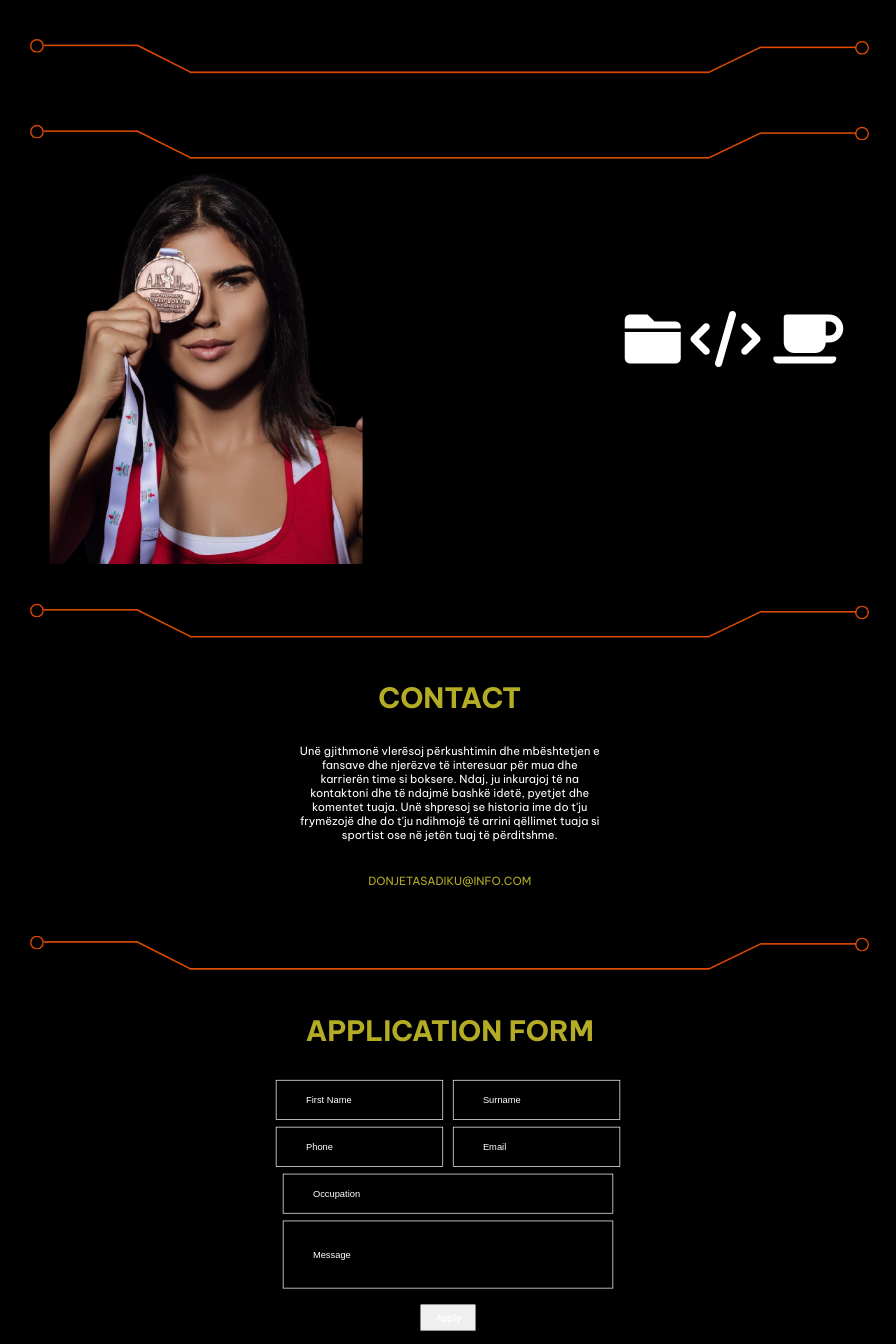
Repository: milot-morina/ds-boxing
Page: DS-Portfolio/index.html
The author's editor kept a copy of each file at every save. The page is drawn from the files as they stood at one save, then again after the next save.
The browser window is 1280 px wide. The pictures show the part of the page from y = 2594 to 4514 px (the page is 4778 px tall before and 4918 px after), at 70% of full size.
A picture or video elsewhere on the page could not be fetched, so the positions and the page height are approximate.

Above is the page before, as saved 2023-03-21 11:38:53.

After the next save:
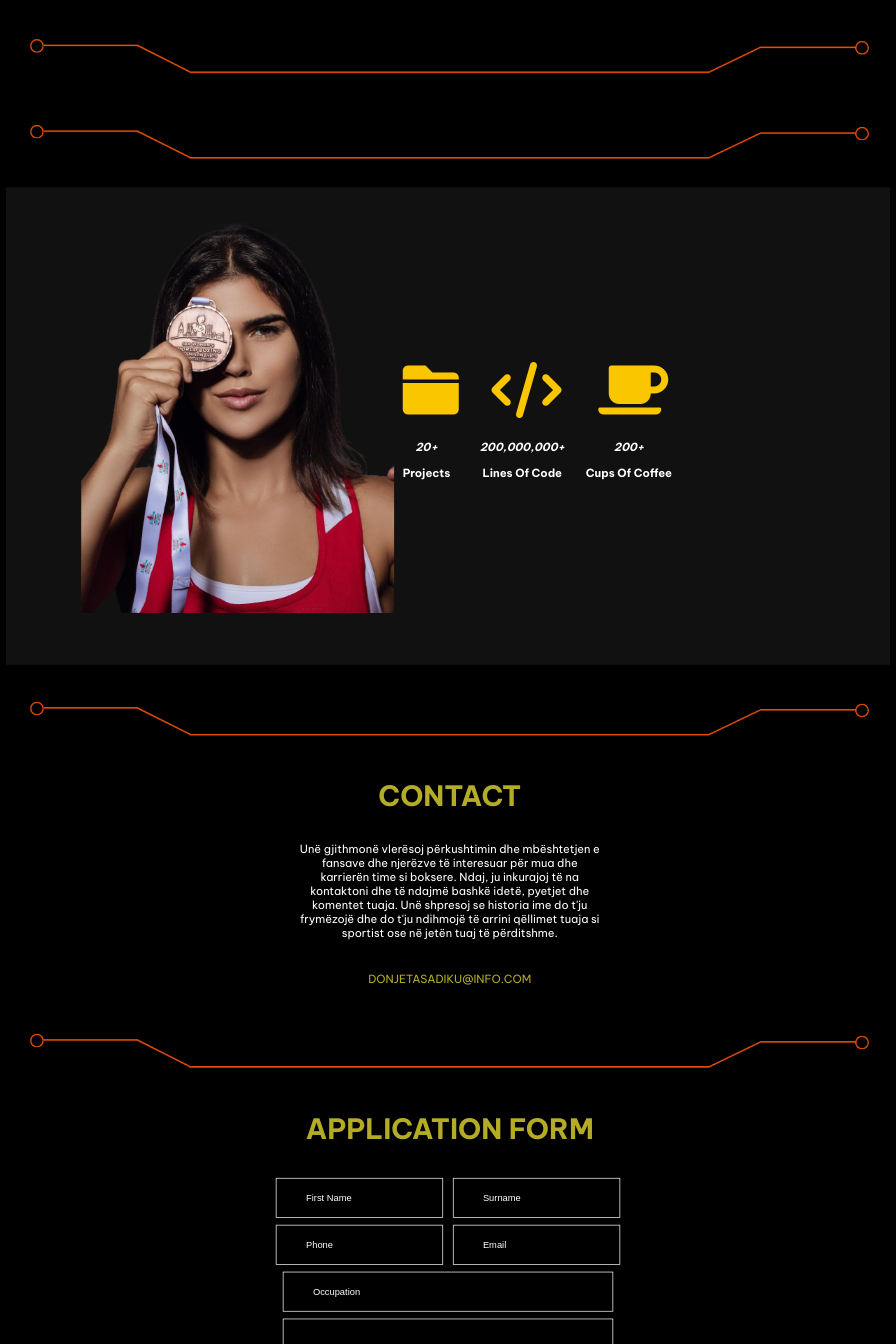
Saved 9 s later.
--- a/DS-Portfolio/style.css
+++ b/DS-Portfolio/style.css
@@ -7,7 +7,7 @@
 body {
   text-align: center;
   overflow-x: hidden;
-  font-family: 'Be Vietnam Pro', sans-serif !important;
+  font-family: 'Be Vietnam Pro', sans-serif;
   background-color: black !important;
 }
 
@@ -21,7 +21,106 @@
 /* #Fun Facts
 ================================================================================= */
 
-
+.animated-image {
+  opacity: 0;
+  transform: translateX(-100%);
+  transition: opacity 1s ease-in-out, transform 1s ease-in-out;
+}
+
+.animated-icon {
+  opacity: 0;
+  transform: translateY(100%);
+  transition: opacity 1s ease-in-out, transform 1s ease-in-out;
+}
+
+.animated-number {
+  font-style: italic;
+  font-size: 32px;
+  margin-top: 20px;
+  opacity: 0;
+  transition: opacity 1s ease-in-out;
+}
+
+.fun-facts {
+  background: #111;
+  padding: 50px;
+  margin-top: 20px;
+  color: #fff;
+}
+
+.fun-facts i {
+  color: #fac600;
+  margin-bottom: 15px;
+  margin-right: 0;
+}
+
+.fun-facts i:hover {
+  color: #fac600;
+}
+
+.fun-facts p {
+  font-weight: bold;
+}
+
+p.number {
+  font-style: italic;
+}
+
+.fun-facts .container {
+  display: flex;
+  flex-direction: column;
+  align-items: center;
+}
+
+.fun-facts img {
+  max-width: 100%;
+  height: auto;
+  margin-bottom: 20px;
+}
+
+.fun-facts .row {
+  display: flex;
+  flex-direction: column;
+  align-items: center;
+}
+
+.fun-facts .col-md-4 {
+  text-align: center;
+  margin-bottom: 20px;
+}
+
+@media screen and (min-width: 768px) {
+  .fun-facts .container {
+    flex-direction: row;
+    justify-content: space-between;
+  }
+
+  .fun-facts .row {
+    flex-direction: row;
+    align-items: center;
+  }
+
+  .fun-facts .col-md-4 {
+    margin-right: 30px;
+    margin-bottom: 0;
+  }
+
+  .fun-facts .col-md-4:last-child {
+    margin-right: 0;
+  }
+
+  .fun-facts .order-md-1 {
+    order: 2;
+  }
+
+  .fun-facts .order-md-2 {
+    order: 1;
+  }
+
+  .fun-facts .justify-content-end {
+    justify-content: flex-end;
+  }
+}
 
 
 /*  */
